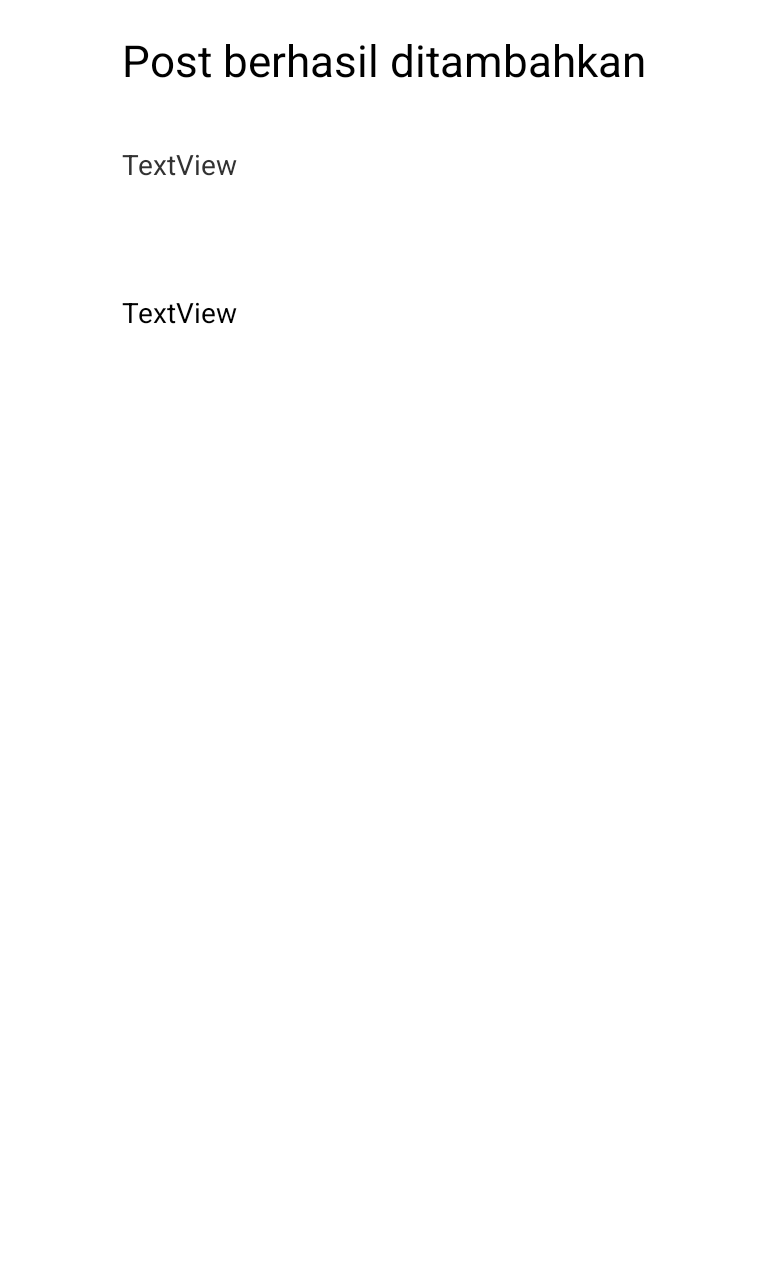
Repository: prettyamalia12/babyspa
Layout: Baby!SPA/res/layout/hasilpost.xml
The author's editor kept a copy of each file at every save. The layout is drawn from the files as they stood at one save, then again after the next save.
It is drawn on a 768 x 1280 px phone screen (xhdpi) without system bars, with theme AppTheme; the app's code is not run.

Above is the layout before, as saved 2016-12-01 13:32:59.

After the next save:
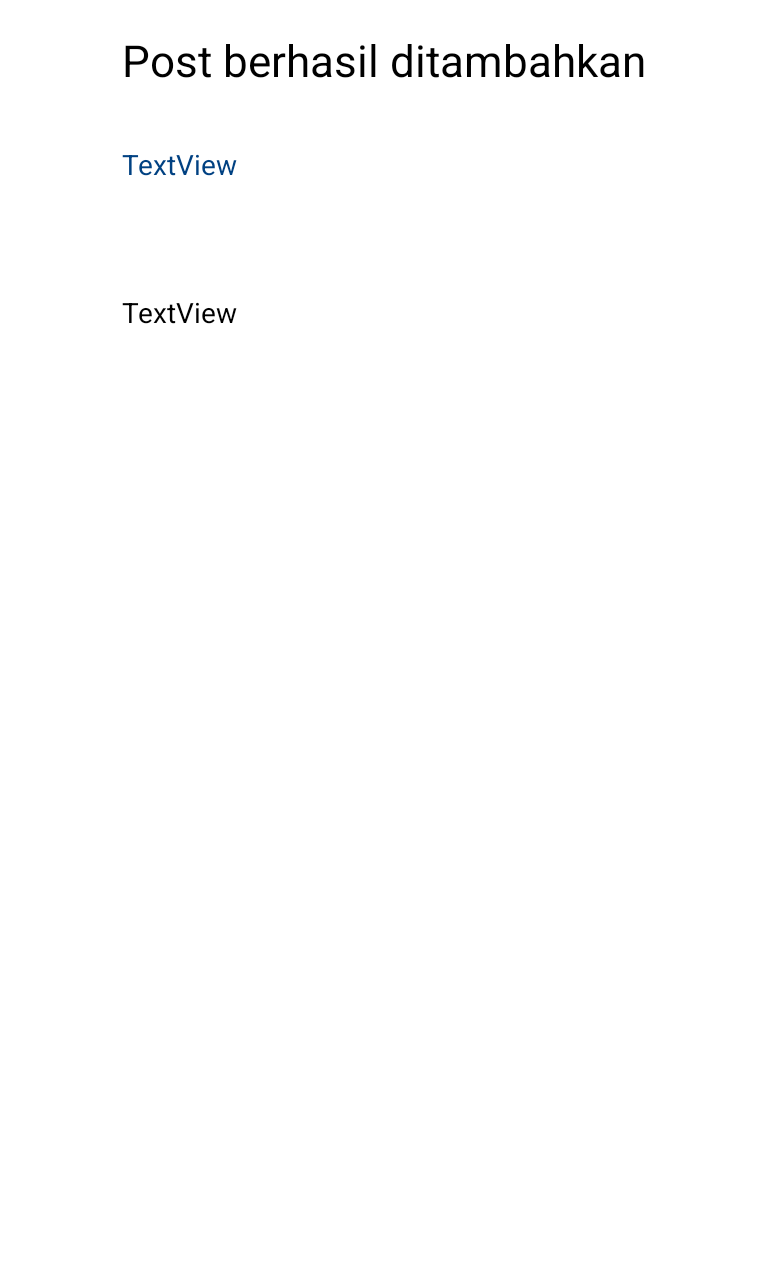
Saved 11 min 16 s later.
--- a/Baby!SPA/res/layout/hasilpost.xml
+++ b/Baby!SPA/res/layout/hasilpost.xml
@@ -31,6 +31,7 @@
         android:layout_alignLeft="@+id/tvEmpty"
         android:layout_below="@+id/tvEmpty"
         android:layout_marginTop="28dp"
-        android:text="TextView" />
+        android:text="TextView"
+        android:textColor="@color/biru" />
 
 </RelativeLayout>
